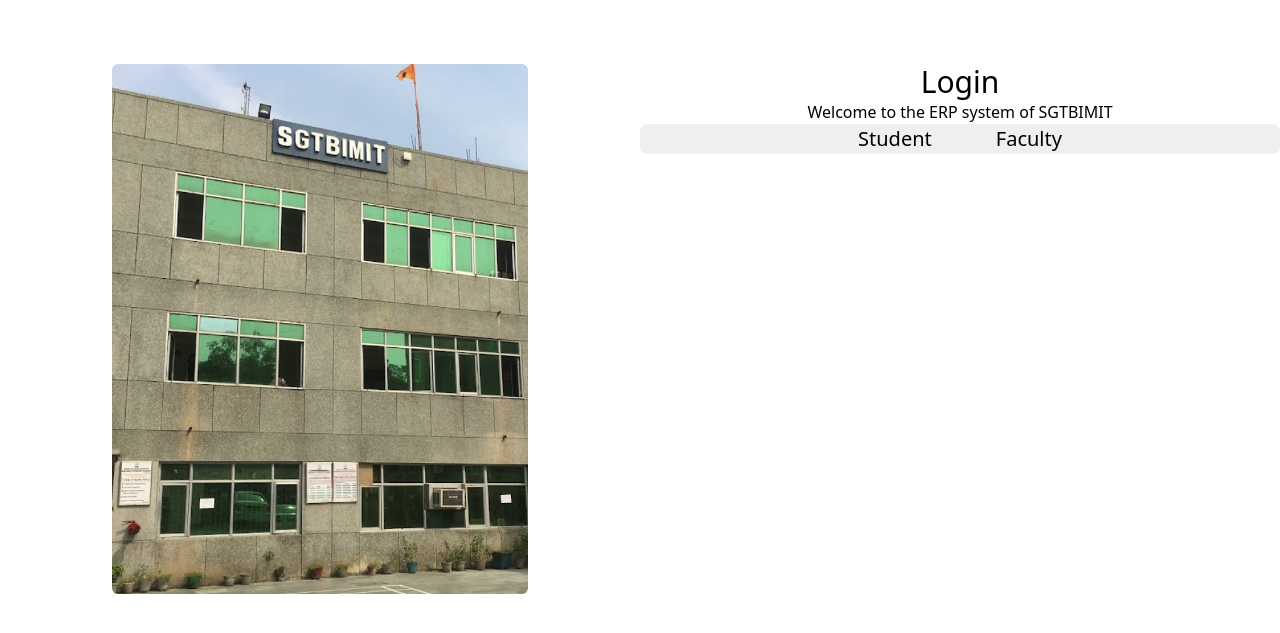
Repository: SehajBindra/SGTBIMIT-ERP-Client
Page: /StudentLogin
The author's editor kept a copy of each file at every save. The page is drawn from the files as they stood at one save, then again after the next save.
The browser window is 1280 px wide. The pictures show the whole page.
The project was rebuilt for these pictures with package versions that can differ from the ones it lists, and the page was loaded fresh each time. Also part of the build but not shown: src/LOGIN/Login.js, src/LOGIN/FACULTY/FacultyLogin.js, src/STUDENT_PAGE/StuBody.js, src/STUDENT_PAGE/StuSidebar.js, src/STUDENT_PAGE/StuHeader.js, src/STUDENT_PAGE/StudentHome.js, src/FACULTY_PAGE/FacBody.js, src/FACULTY_PAGE/FacHeader.js and 2 more.

Above is the page before, as saved 2023-05-14 15:40:14.

### src/App.js
import React from 'react';
import { BrowserRouter as Router, Routes, Route } from "react-router-dom";
import './App.css';
import Login from './LOGIN/Login';
import StudentLogin from './LOGIN/STUDENT/StudentLogin';
import FacultyLogin from './LOGIN/FACULTY/FacultyLogin';
import StuBody from './STUDENT_PAGE/StuBody';
import StudentHome from './STUDENT_PAGE/StudentHome';
import StuSidebar from './STUDENT_PAGE/StuSidebar';
import StuHeader from './STUDENT_PAGE/StuHeader';
import FacBody from './FACULTY_PAGE/FacBody';
import FacHeader from './FACULTY_PAGE/FacHeader';
import FacSidebar from './FACULTY_PAGE/FacSidebar';
import FacultyHome from './FACULTY_PAGE/FacultyHome';
function App() {
  return (
    <div className="App">
      <Router>
        <Routes>
        <Route exact path="/" element={<Login />}></Route>
        <Route exact path="StudentLogin" element={<StudentLogin/>}></Route>
        <Route exact path="FacultyLogin" element={<FacultyLogin/>}></Route>
        <Route exact path="StuBody" element={<StuBody/>}></Route>
        <Route exact path="StuSidebar" element={<StuSidebar/>}></Route>
        <Route exact path="StuHeader" element={<StuHeader/>}></Route>
        <Route exact path="StudentHome" element={<StudentHome/>}></Route>
        <Route exact path="FacBody" element={<FacBody/>}></Route>
        <Route exact path="FacHeader" element={<FacHeader/>}></Route>
        <Route exact path="FacSidebar" element={<FacSidebar/>}></Route>
        <Route exact path="FacultyHome" element={<FacultyHome/>}></Route>
        </Routes>
      </Router>
    </div>
  );
}

export default App;

### src/LOGIN/STUDENT/StudentLogin.js
import React, { useEffect, useState } from "react";
import VisibilityIcon from "@mui/icons-material/Visibility";
import VisibilityOffIcon from "@mui/icons-material/VisibilityOff";

const StudentLogin = () => {
  const [translate, setTranslate] = useState(false);
  const [username, setUsername] = useState("");
  const [password, setPassword] = useState("");
  const [showPassword, setShowPassword] = useState(false);
  const [loading] = useState(false);

  useEffect(() => {
    setTimeout(() => {
      setTranslate(true);
    }, 1000);
  }, []);

  return (
    <div className=" grid grid-cols-4 h-[530px] my-16 mx-auto max-w-7xl ">
      <div className=" col-span-2">
        <img
          className="hidden md:inline h-[530px] object-cover rounded-md"
          src="/sgtb.jpg"
          alt="banner_image"
        />
      </div>

      <div className="bg-white  col-span-2">
        <h2 className="text-3xl">Login</h2>
        <p>Welcome to the ERP system of SGTBIMIT</p>

        <div className="flex flex-row justify-center bg-[#EEEE]  space-x-16 capitalize text-[20px] rounded-lg">
          <p>student</p>
          <p>faculty</p>
        </div>
      </div>
    </div>
  );
};

export default StudentLogin;

### src/LOGIN/Login.css
*{
    margin: 0;
    padding: 0;
}
.display{
    min-height: 100vh;
    width: 100%;
    background-image: url("back.jpg");
    background-repeat: no-repeat;
    background-size: cover;
    background-position: center;
    position: relative;

}

### tailwind.config.js
/** @type {import('tailwindcss').Config} */
module.exports = {
  content: [
      "./src/**/*.{js,jsx,ts,tsx}",

  ],
  theme: {
    extend: {},
  },
  plugins: [],
}

Loaded but not shown: public/index.html (common file); src/index.js (common file); src/index.css (common file); src/App.css (common file)

After the next save:
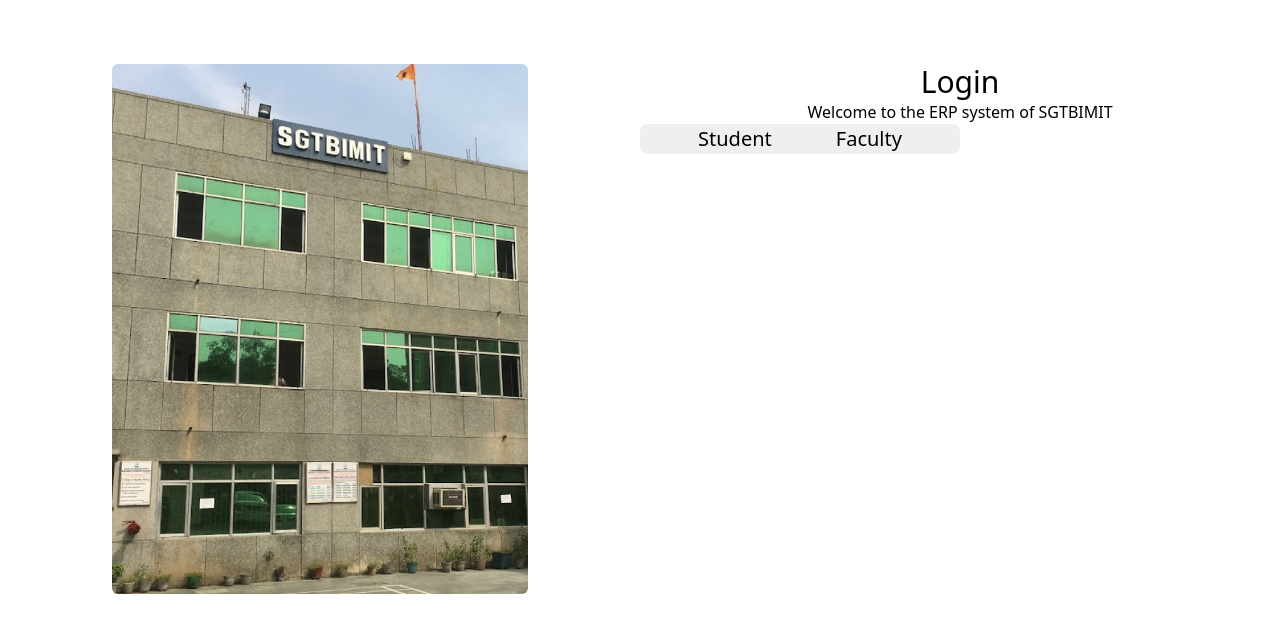
Saved 18 s later.
--- a/src/LOGIN/STUDENT/StudentLogin.js
+++ b/src/LOGIN/STUDENT/StudentLogin.js
@@ -29,7 +29,7 @@
         <h2 className="text-3xl">Login</h2>
         <p>Welcome to the ERP system of SGTBIMIT</p>
 
-        <div className="flex flex-row justify-center bg-[#EEEE]  space-x-16 capitalize text-[20px] rounded-lg">
+        <div className="flex flex-row justify-center bg-[#EEEE] max-w-xs  space-x-16 capitalize text-[20px] rounded-lg">
           <p>student</p>
           <p>faculty</p>
         </div>
